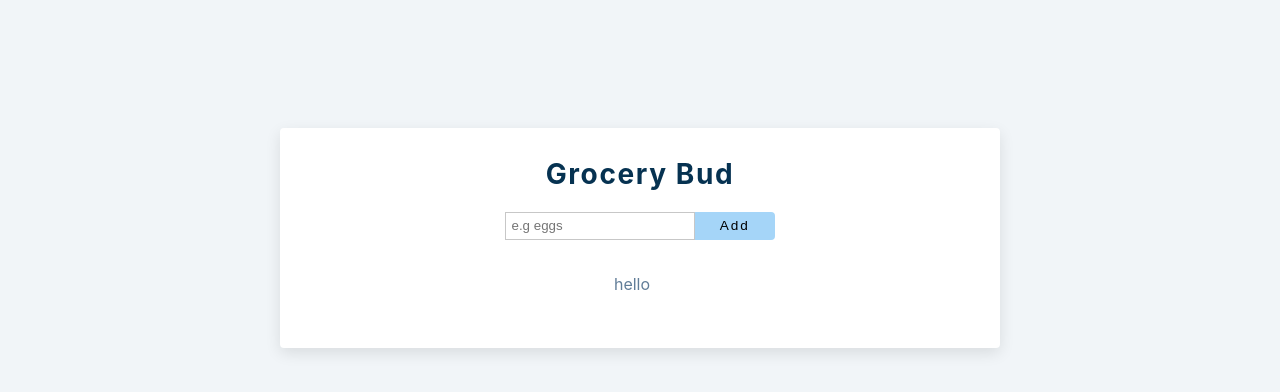
Repository: NavidJalilian/react-projects
Page: / (app in groceryBud-project/)
The author's editor kept a copy of each file at every save. The page is drawn from the files as they stood at one save, then again after a run of saves.
The browser window is 1280 px wide. The pictures show the whole page.
The project was rebuilt for these pictures with package versions that can differ from the ones it lists, and the page was loaded fresh each time. Also part of the build but not shown: groceryBud-project/src/Alert.js, groceryBud-project/src/Test.js.

Above is the page before, as saved 2022-04-29 00:04:34.

### groceryBud-project/src/index.css
/*
===============
Variables
===============
*/

:root {
  /* dark shades of primary color*/
  --clr-primary-1: hsl(205, 86%, 17%);
  --clr-primary-2: hsl(205, 77%, 27%);
  --clr-primary-3: hsl(205, 72%, 37%);
  --clr-primary-4: hsl(205, 63%, 48%);
  /* primary/main color */
  --clr-primary-5: hsl(205, 78%, 60%);
  /* lighter shades of primary color */
  --clr-primary-6: hsl(205, 89%, 70%);
  --clr-primary-7: hsl(205, 90%, 76%);
  --clr-primary-8: hsl(205, 86%, 81%);
  --clr-primary-9: hsl(205, 90%, 88%);
  --clr-primary-10: hsl(205, 100%, 96%);
  /* darkest grey - used for headings */
  --clr-grey-1: hsl(209, 61%, 16%);
  --clr-grey-2: hsl(211, 39%, 23%);
  --clr-grey-3: hsl(209, 34%, 30%);
  --clr-grey-4: hsl(209, 28%, 39%);
  /* grey used for paragraphs */
  --clr-grey-5: hsl(210, 22%, 49%);
  --clr-grey-6: hsl(209, 23%, 60%);
  --clr-grey-7: hsl(211, 27%, 70%);
  --clr-grey-8: hsl(210, 31%, 80%);
  --clr-grey-9: hsl(212, 33%, 89%);
  --clr-grey-10: hsl(210, 36%, 96%);
  --clr-white: #fff;
  --clr-red-dark: hsl(360, 67%, 44%);
  --clr-red-light: hsl(360, 71%, 66%);
  --clr-green-dark: hsl(125, 67%, 44%);
  --clr-green-light: hsl(125, 71%, 66%);
  --clr-black: #222;
  --transition: all 0.3s linear;
  --spacing: 0.1rem;
  --radius: 0.25rem;
  --light-shadow: 0 5px 15px rgba(0, 0, 0, 0.1);
  --dark-shadow: 0 5px 15px rgba(0, 0, 0, 0.2);
  --max-width: 1170px;
  --fixed-width: 620px;
}
/*
===============
Global Styles
===============
*/

*,
::after,
::before {
  margin: 0;
  padding: 0;
  box-sizing: border-box;
}
body {
  font-family: -apple-system, BlinkMacSystemFont, "Segoe UI", Roboto, Oxygen,
    Ubuntu, Cantarell, "Open Sans", "Helvetica Neue", sans-serif;
  background: var(--clr-grey-10);
  color: var(--clr-grey-1);
  line-height: 1.5;
  font-size: 0.875rem;
}
ul {
  list-style-type: none;
}
input {
  padding: 0.4em;
  outline: none;
  border: none;
  border: 1px solid rgba(128, 128, 128, 0.445);
}
input:focus {
  border-width: 2px;
}
input a {
  text-decoration: none;
}
h1,
h2,
h3,
h4 {
  letter-spacing: var(--spacing);
  text-transform: capitalize;
  line-height: 1.25;
  margin-bottom: 0.75rem;
}
h1 {
  font-size: 3rem;
}
h2 {
  font-size: 2rem;
}
h3 {
  font-size: 1.25rem;
}
h4 {
  font-size: 0.875rem;
}
p {
  margin-bottom: 1.25rem;
  color: var(--clr-grey-5);
}
@media screen and (min-width: 800px) {
  h1 {
    font-size: 4rem;
  }
  h2 {
    font-size: 2.5rem;
  }
  h3 {
    font-size: 1.75rem;
  }
  h4 {
    font-size: 1rem;
  }
  body {
    font-size: 1rem;
  }
  h1,
  h2,
  h3,
  h4 {
    line-height: 1;
  }
}
.btn {
  text-transform: uppercase;
  background: transparent;
  color: var(--clr-black);
  padding: 0.375rem 0.75rem;
  letter-spacing: var(--spacing);
  display: inline-block;
  transition: var(--transition);
  font-size: 0.875rem;
  border: 2px solid var(--clr-black);
  cursor: pointer;
  box-shadow: 0 1px 3px rgba(0, 0, 0, 0.2);
  border-radius: var(--radius);
}
.btn:hover {
  color: var(--clr-white);
  background: var(--clr-black);
}
/* section */
.section {
  padding: 5rem 0;
}

.section-center {
  width: 90vw;
  margin: 0 auto;
  max-width: 45rem;
  margin-top: 8rem;
}
@media screen and (min-width: 992px) {
  .section-center {
    width: 95vw;
  }
}
main {
  min-height: 100vh;
  display: grid;
  place-items: center;
}
/*
===============
Grocery List
===============
*/
.section-center {
  background: var(--clr-white);
  border-radius: var(--radius);
  box-shadow: var(--light-shadow);
  transition: var(--transition);
  padding: 2rem;
}
.section-center:hover {
  box-shadow: var(--dark-shadow);
}
.alert {
  /* margin-bottom: 1rem; */
  height: 1.5rem;
  display: grid;
  align-items: center;
  text-align: center;
  font-size: 0.7rem;
  border-radius: 0.25rem;
  letter-spacing: var(--spacing);
  text-transform: capitalize;
  padding: 0.5em 0;
  animation: enterBounce 0.4s ease-in-out;
}

@keyframes enterBounce {
  0% {
    transform: translateY(19px);
  }
  50% {
    transform: translateY(-10px);
  }
  100% {
    transform: translateY(0);
  }
}

.alert-danger {
  color: #dac8c9;
  font-weight: bold;
  background: #af1320;
}
.alert-success {
  color: white;
  background-color: #208d39;
}
.grocery-form h3 {
  color: var(--clr-primary-1);
  margin-bottom: 1.5rem;
  text-align: center;
}
.form-control {
  display: flex;
  justify-content: center;
}
.grocery {
  padding: 0.25rem;
  padding-left: 1rem;
  background: var(--clr-grey-10);
  border-top-left-radius: var(--radius);
  border-bottom-left-radius: var(--radius);
  border-color: transparent;
  font-size: 1rem;
  flex: 1 0 auto;
  color: var(--clr-grey-5);
}
.grocery::placeholder {
  font-family: var(--ff-secondary);
  color: var(--clr-grey-5);
}
.submit-btn {
  background: var(--clr-primary-8);
  border-color: transparent;
  flex: 0 0 5rem;
  display: grid;
  align-items: center;
  padding: 0.25rem;
  text-transform: capitalize;
  letter-spacing: 2px;
  border-top-right-radius: var(--radius);
  border-bottom-right-radius: var(--radius);
  cursor: pointer;
  content: var(--clr-primary-5);
  transition: var(--transition);
  font-size: 0.85rem;
}
.submit-btn:hover {
  background: var(--clr-primary-5);
  color: var(--clr-white);
}

.grocery-container {
  margin-top: 2rem;
}

.grocery-item {
  display: flex;
  align-items: center;
  justify-content: space-between;
  margin-bottom: 0.5rem;
  transition: var(--transition);
  padding: 0.25rem 1rem;
  border-radius: var(--radius);
  text-transform: capitalize;
}
.grocery-item:hover {
  color: var(--clr-grey-5);
  background: var(--clr-grey-10);
}
.grocery-item:hover .title {
  color: var(--clr-grey-5);
}
.title {
  margin-bottom: 0;
  color: var(--clr-grey-1);
  letter-spacing: 2px;
  transition: var(--transition);
}
.edit-btn,
.delete-btn {
  background: transparent;
  border-color: transparent;
  cursor: pointer;
  font-size: 0.7rem;
  margin: 0 0.15rem;
  transition: var(--transition);
}
.edit-btn {
  color: var(--clr-green-light);
}
.edit-btn:hover {
  color: var(--clr-green-dark);
}
.delete-btn {
  color: var(--clr-red-light);
}
.delete-btn:hover {
  color: var(--clr-red-dark);
}
.clear-btn {
  text-transform: capitalize;
  width: 10rem;
  height: 1.5rem;
  display: grid;
  align-items: center;
  background: transparent;
  border-color: transparent;
  color: var(--clr-red-light);
  margin: 0 auto;
  font-size: 0.85rem;
  letter-spacing: var(--spacing);
  cursor: pointer;
  transition: var(--transition);
  margin-top: 1.25rem;
}
.clear-btn:hover {
  color: var(--clr-red-dark);
}

### groceryBud-project/src/App.js
import React, { useState, useEffect } from "react";
import List from "./List";
import Alert from "./Alert";
import Test from "./Test";
const getLocsaStorage = () => {
  const list = localStorage.getItem("list");
  return list ? JSON.parse(localStorage.getItem("list")) : [];
};
function App() {
  const [name, setName] = useState("");
  const [list, setList] = useState(getLocsaStorage());
  const [isEditing, setIsEditing] = useState(false);
  const [editId, setEditId] = useState(null);
  const [alert, setAlert] = useState({ show: false, msg: "", type: "" });

  useEffect(() => {
    localStorage.setItem("list", JSON.stringify(list));
  }, [list]);
  const removeAlert = (show = false, type = "", msg = "") => {
    setAlert({ show, type, msg });
  };

  function handleSubmit(e) {
    e.preventDefault();
    if (!name) {
      //display alert
      setAlert({ show: true, msg: "Enter item first !", type: "danger" });
    } else if (name && isEditing) {
      //deal with edit
      setList(
        list.map((item) => {
          return item.id === editId ? { ...item, title: name } : item;
        })
      );
      setName("");
      setIsEditing(null);
      setEditId(false);
      setAlert({ show: true, msg: "Item edited !", type: "success" });
    } else {
      //show alert
      const newItem = { id: new Date().getTime().toString(), title: name };
      setList([...list, newItem]);
      setName("");
      setAlert({ show: true, msg: "item added to the list", type: "success" });
    }
  }

  function clearList() {
    if (list.length === 0) {
      setAlert({ show: true, msg: "nothing to delete", type: "danger" });
      return;
    }
    setList([]);
    setAlert({ show: true, msg: "empty list", type: "success" });
    setList([]);
  }

  function removeItem(id) {
    //remove item from list
    const newList = list.filter((item) => item.id !== id);
    setAlert({
      show: true,
      msg: "item removed from the list",
      type: "success",
    });
    setList(newList);
  }

  function editItem(id) {
    const specificItem = list.find((item) => item.id === id);
    setIsEditing(true);
    setEditId(id);
    setName(specificItem.title);
  }

  return (
    <section className="section-center">
      <form
        action=""
        method=""
        className="grocery-form"
        onSubmit={handleSubmit}
      >
        {alert.show && (
          <Alert {...alert} removeAlert={removeAlert} list={list} />
        )}
        <h3>grocery bud</h3>
        <div className="form-control">
          <input
            type="text"
            placeholder="e.g eggs"
            value={name}
            onChange={(e) => setName(e.target.value)}
          />
          <button type="submit" className="submit-btn">
            {isEditing ? "update" : "add"}
          </button>
        </div>
      </form>
      <div className="grocery-container">
        <p style={{ textAlign: "center", marginRight: "1rem" }}>hello</p>
        <List list={list} removeItem={removeItem} editItem={editItem} />
        {list.length > 0 && (
          <button className="clear-btn" onClick={clearList}>
            clear items
          </button>
        )}
      </div>
    </section>
  );
}

export default App;

Loaded but not shown: groceryBud-project/public/index.html (common file); groceryBud-project/src/index.js (common file); groceryBud-project/src/List.js (common file)

After the next 2 saves:
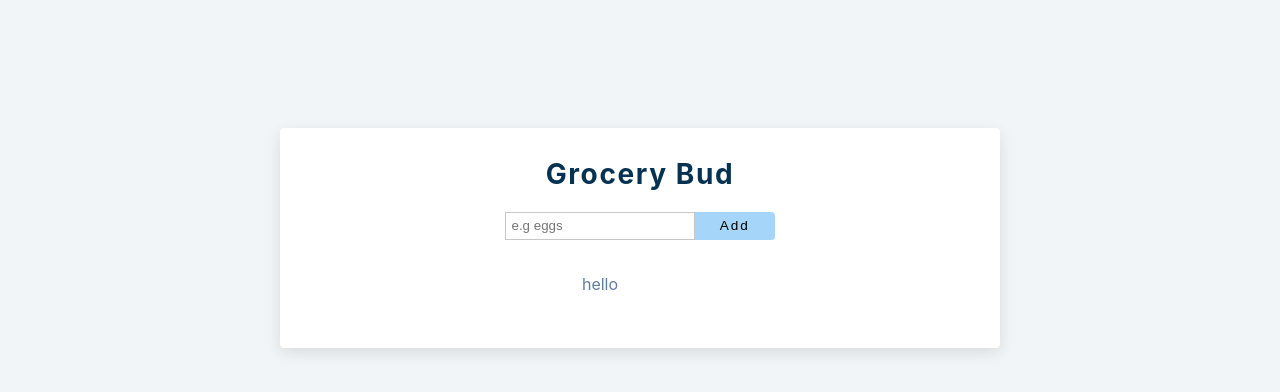
The 2 saves are shown as one change because they came seconds apart.
The last was saved 8 s later.
--- a/groceryBud-project/src/App.js
+++ b/groceryBud-project/src/App.js
@@ -98,7 +98,7 @@ function App() {
         </div>
       </form>
       <div className="grocery-container">
-        <p style={{ textAlign: "center", marginRight: "1rem" }}>hello</p>
+        <p style={{ textAlign: "center", marginRight: "5rem" }}>hello</p>
         <List list={list} removeItem={removeItem} editItem={editItem} />
         {list.length > 0 && (
           <button className="clear-btn" onClick={clearList}>
